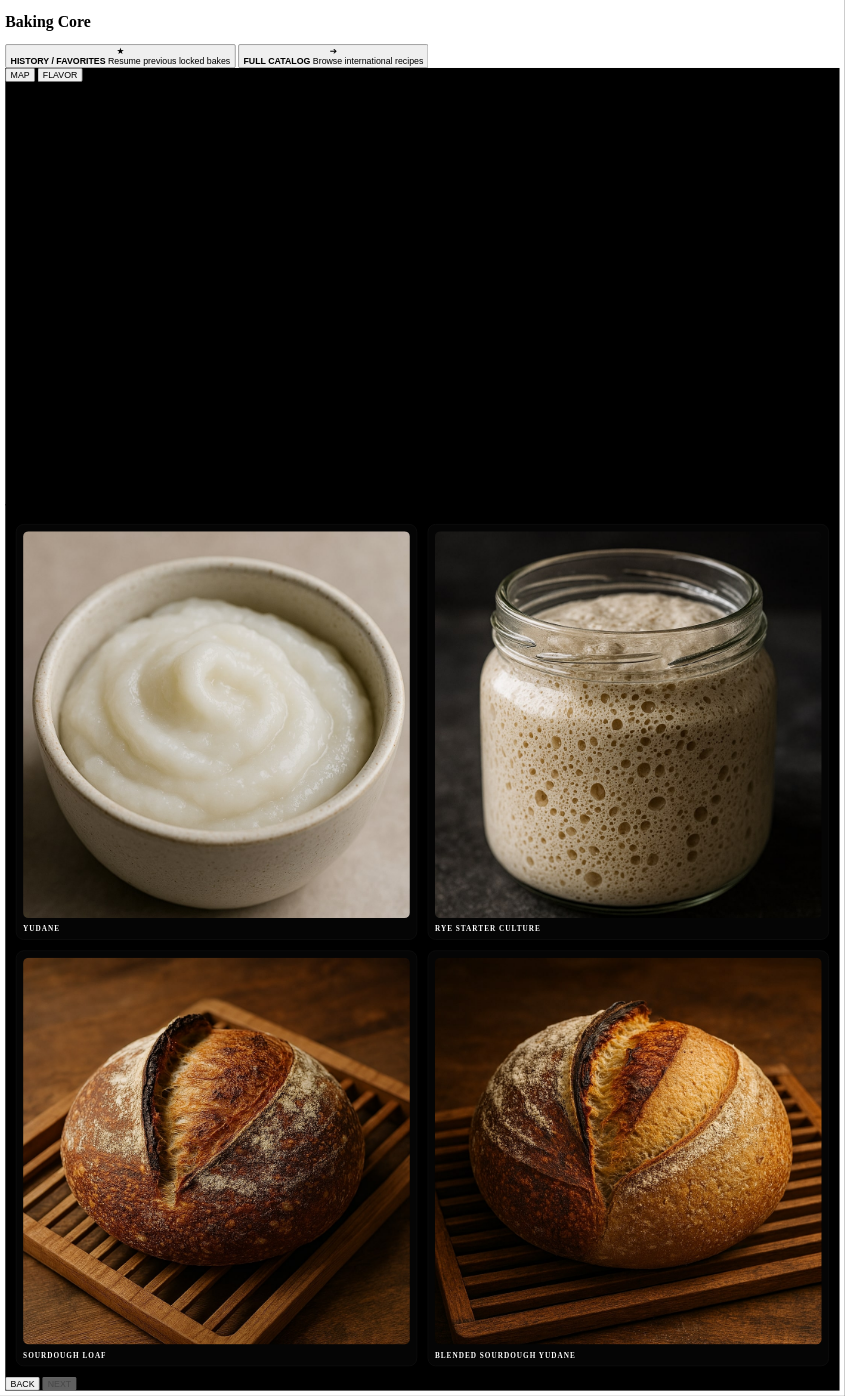
Repository: dkg11hu/baking-core
Page: index.html
An editor plug-in stored every save of this project. The page is shown before and after a run of saves, followed by the edit.
The browser window is 1280 px wide. The pictures show the whole page, at 66% of full size.
After loading, the first visible `button.highlight` was clicked once.

Above is the page before, as saved 2026-01-03 16:58:08.
Console error: TypeError: window.openBrowser is not a function

After the next 2 saves:
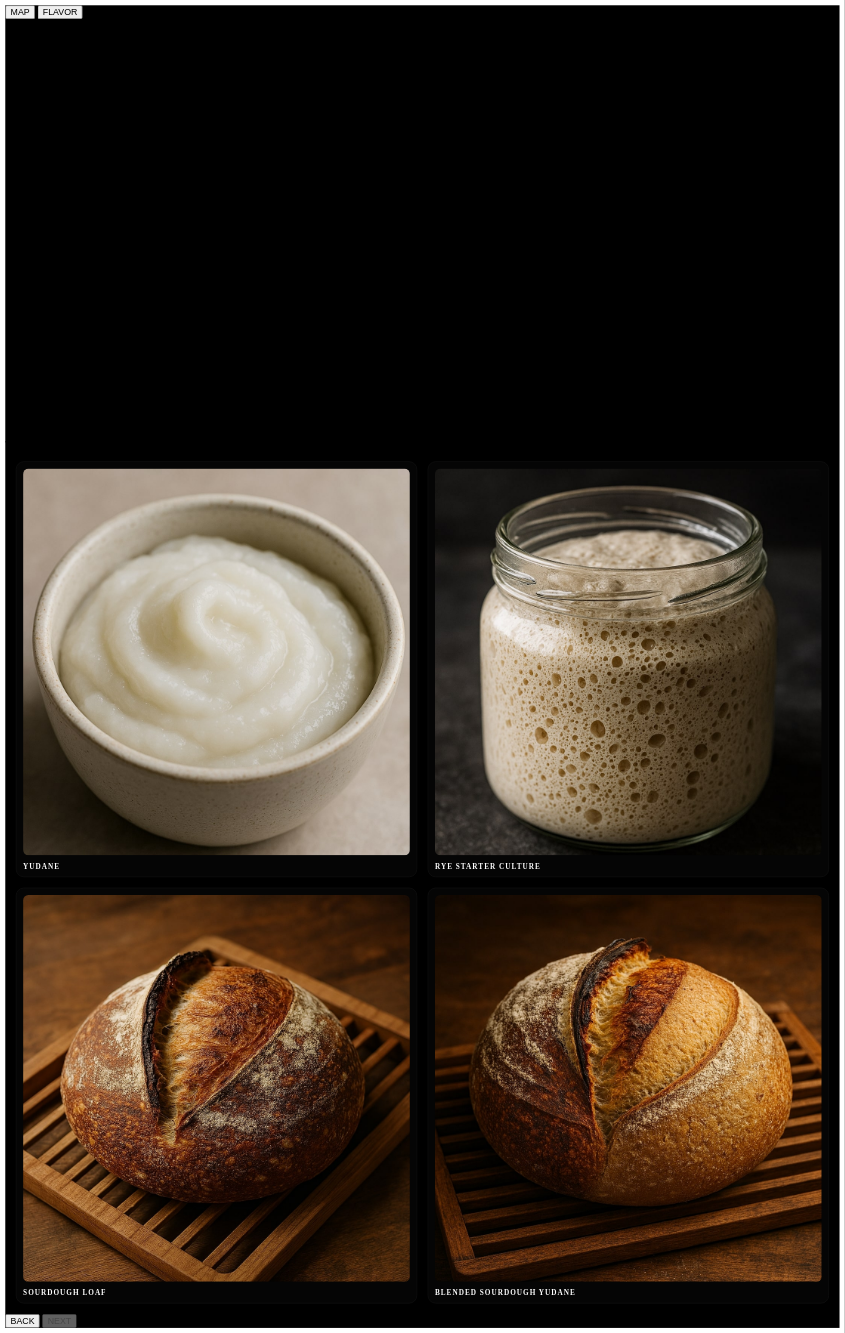
The error is gone.
The 2 saves are shown as one change because they came seconds apart.
The last was saved 69 s later.
--- a/app.js
+++ b/app.js
@@ -15,6 +15,14 @@ window.lockAndStart = () => {
     document.getElementById('discovery-root').classList.add('hidden');
     document.getElementById('execution-root').classList.remove('hidden');
     WorkflowExecution.start(manifest, State.ssot, State.locale);
+};
+
+// Navigates from Gateway (Level 0) to Catalog (Level 1)
+window.openBrowser = () => {
+    document.getElementById('gateway-view').classList.add('hidden');
+    document.getElementById('browser-view').classList.remove('hidden');
+    // Ensure the Gallery renders into the now-visible container
+    Gallery.render(State.ssot, State.locale);
 };
 
 window.changeStep = (delta) => {
